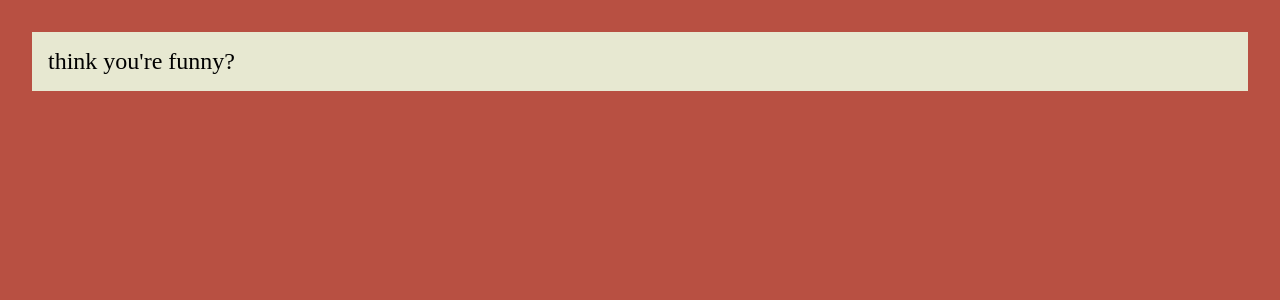
Repository: elchananChen/joke-api
Page: Client/index.html
The author's editor kept a copy of each file at every save. The page is drawn from the files as they stood at one save, then again after the next save.
The browser window is 1280 px wide. The pictures show the whole page.
The page's requests for data from a server got no answer.

Above is the page before, as saved 2024-11-05 01:36:44.
Console error: TypeError: Cannot read properties of undefined (reading 'forEach')

### Client/index.html
<!DOCTYPE html>
<html lang="en">
  <link rel="stylesheet" href="styles.css" />
  <head>
    <meta charset="UTF-8" />
    <meta name="viewport" content="width=device-width, initial-scale=1.0" />
    <title>Document</title>
  </head>
  <body>
    <article>
      <div class="wrapper">
        <header>
          <h1>think you're funny?</h1>
        </header>
        <main>
          <ul class="all-jokes"></ul>
        </main>
      </div>
    </article>
  </body>
  <script src="https://cdn.jsdelivr.net/npm/axios/dist/axios.min.js"></script>
  <script type="module" src="main.js"></script>
</html>

### Client/styles.css
@import url("./css/variebles.css");
@import url("./css/reset.css");

article {
  height: 100%;
  width: 100%;
  background-color: var(--color-red-600);
  padding: 2rem;
}

.wrapper {
  height: 100%;
  width: 100%;
  background-color: var(--color-yellow-green-100);
  padding: 1rem;
}

h1 {
  font-size: 1.5rem;
  margin-left: auto;
}

main {
  background-color: var(--color-yellow-green-100);
  border-radius: 1rem;
}
li {
  padding-block: 0.5rem;
}

### Client/main.js
const allJokesEL = document.querySelector(".all-jokes");

const getAllJokes = async () => {
  try {
    const response = await axios.get(`http://localhost:3000/api/joke/all`);
    console.log(response.data); // נתונים שמתקבלים
    return response.data;
  } catch (err) {
    console.log(err); // הדפסת שגיאה
  }
};

console.log(getAllJokes());
async function randerAllJokes() {
  const jokes = await getAllJokes();
  jokes.forEach((joke) => {
    const liEL = document.createElement("li");
    liEL.textContent = ` ${joke.joke} :  ${joke.content}`;
    allJokesEL.appendChild(liEL);
  });
}
randerAllJokes();

### Client/css/variebles.css
:root {
  --color-red-600: #b85042;

  --color-yellow-green-100: #e7e8d1;

  --color-green-oil-300: #a7beae;
}

### Client/css/reset.css
* {
  box-sizing: border-box;
  margin: 0;
  padding: 0;
}

html {
  font-family: "overpass-Regular";
}
html,
body {
  min-height: 100vh;
  width: 100%;
}
article {
  display: flex;
  flex-direction: column;
  min-height: 100vh;
  width: 100%;
}
img {
  font-family: "work-sans-italic";
  display: block;
  max-width: 100%;
  max-height: 100%;
}
h1,
h2,
h3,
h4,
h5,
h6 {
  font-size: 1rem;
  font-weight: normal;
}
button {
  border: 0px;
}
ul,
ol {
  padding-left: 0.5rem;
  list-style-type: none;
}
a {
  text-decoration: none;
  color: inherit;
}
button {
  cursor: pointer;
}
select {
  cursor: pointer;
}
option {
  cursor: pointer;
}

After the next save:
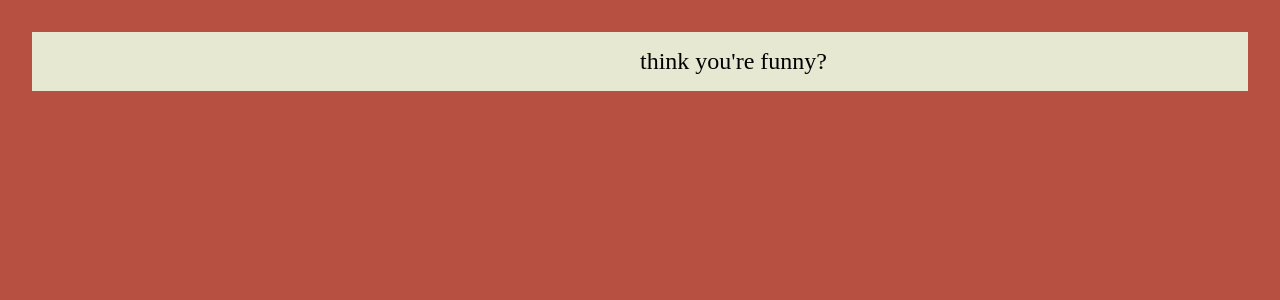
Saved 6 s later.
--- a/Client/styles.css
+++ b/Client/styles.css
@@ -17,7 +17,7 @@
 
 h1 {
   font-size: 1.5rem;
-  margin-left: auto;
+  margin-left: 50%;
 }
 
 main {

After the save that followed:
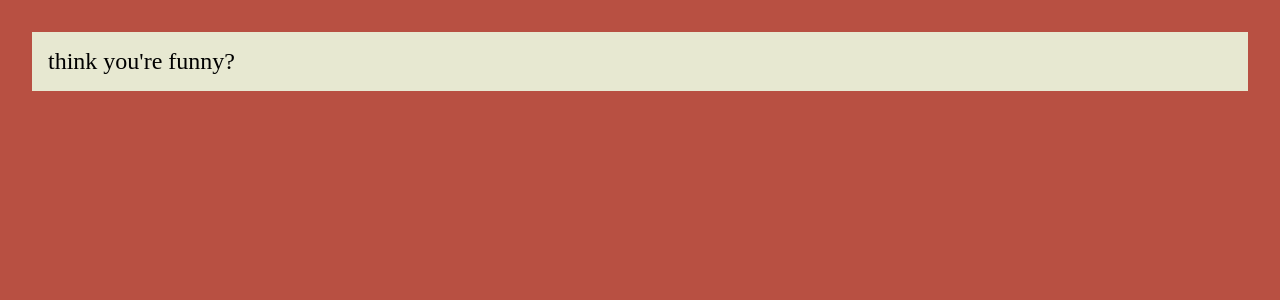
Saved 21 s later.
--- a/Client/styles.css
+++ b/Client/styles.css
@@ -17,7 +17,7 @@
 
 h1 {
   font-size: 1.5rem;
-  margin-left: 50%;
+  margin-right: 50%;
 }
 
 main {
